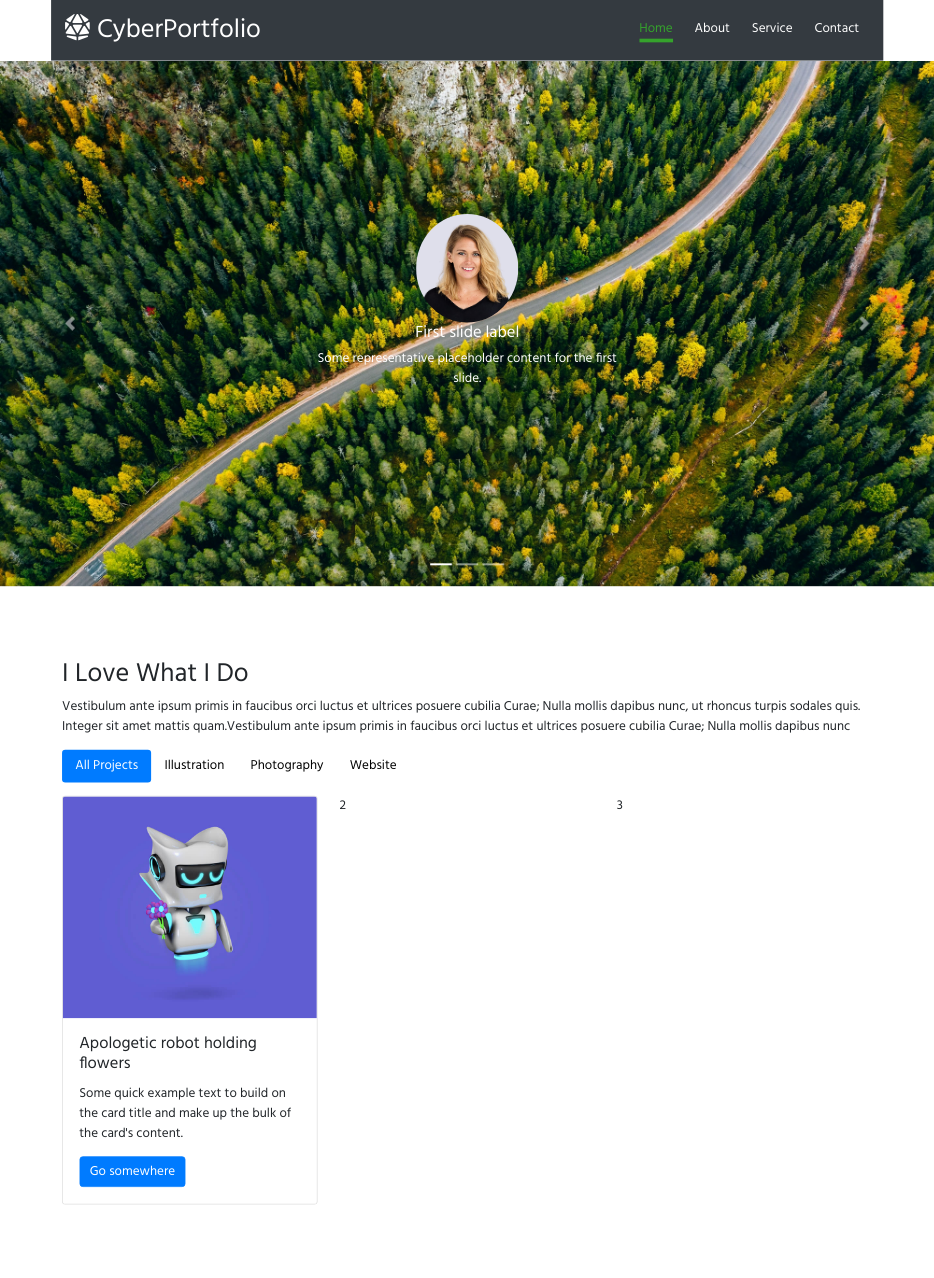
Repository: thanhfrankie/portfolio
Page: index.html
The author's editor kept a copy of each file at every save. The page is drawn from the files as they stood at one save, then again after the next save.
The browser window is 1280 px wide. The pictures show the whole page, at 73% of full size.

Above is the page before, as saved 2023-11-30 09:37:06.

### index.html
<!DOCTYPE html>
<html lang="en">
  <head>
    <meta charset="UTF-8" />
    <meta name="viewport" content="width=device-width, initial-scale=1.0" />
    <title>Portfolio</title>
    <!-- Font Hind-->
    <link rel="preconnect" href="https://fonts.googleapis.com" />
    <link rel="preconnect" href="https://fonts.gstatic.com" crossorigin />
    <link
      href="https://fonts.googleapis.com/css2?family=Hind:wght@300;400;700&display=swap"
      rel="stylesheet"
    />
    <!-- Font AWESOME -->
    <link rel="stylesheet" href="https://cdnjs.cloudflare.com/ajax/libs/font-awesome/6.4.2/css/all.min.css" integrity="sha512-z3gLpd7yknf1YoNbCzqRKc4qyor8gaKU1qmn+CShxbuBusANI9QpRohGBreCFkKxLhei6S9CQXFEbbKuqLg0DA==" crossorigin="anonymous" referrerpolicy="no-referrer" />
    <!-- BS4 CSS -->
    <link rel="stylesheet" href="https://cdn.jsdelivr.net/npm/bootstrap@4.6.2/dist/css/bootstrap.min.css" integrity="sha384-xOolHFLEh07PJGoPkLv1IbcEPTNtaed2xpHsD9ESMhqIYd0nLMwNLD69Npy4HI+N" crossorigin="anonymous">

    <!-- Main CSS -->
    <link rel="stylesheet" href="./css/style.css" />
  </head>
  <body>
<header>
    <nav class="container navbar navbar-expand-lg navbar-dark bg-dark">
        <a class="navbar-brand" href="#">
            <i class="fa-solid fa-dice-d20"></i>
           <span>
            CyberPortfolio
           </span>
        </a>
        <!-- hỗ trợ menu màn hình mobile -->
        <button class="navbar-toggler" type="button" data-toggle="collapse" data-target="#portfolioNav" aria-controls="navbarSupportedContent" aria-expanded="false" aria-label="Toggle navigation">
          <span class="navbar-toggler-icon"></span>
        </button>

        <div class="collapse navbar-collapse" id="portfolioNav">
          <ul class="navbar-nav ml-auto">
            <li class="nav-item active">
              <a class="nav-link" href="#">Home</a>
            </li>
            <li class="nav-item">
              <a class="nav-link" href="#">About</a>
            </li>
            <li class="nav-item">
              <a class="nav-link" href="#">Service</a>
            </li>
            <li class="nav-item">
              <a class="nav-link" href="#">Contact</a>
            </li>
          </ul>
        </div>
      </nav>
</header>
<section class="carouselPort">
    <!-- data-ride="carousel -->
    <!-- .carousel-fade: hiệu ứng fade -->
    <div id="carouselPortMain" class="carousel slide .carousel-fade">
        <ol class="carousel-indicators">
          <li data-target="#carouselPortMain" data-slide-to="0" class="active"></li>
          <li data-target="#carouselPortMain" data-slide-to="1"></li>
          <li data-target="#carouselPortMain" data-slide-to="2"></li>
        </ol>
        <div class="carousel-inner">
          <div class="carousel-item active">
            <img src="./img/finland.jpg" class="d-block w-100" alt="...">
            <div class="carousel-caption d-none d-md-block">
                <img src="./img/01-3.jpg" alt="">
              <h5>First slide label</h5>
              <p>Some representative placeholder content for the first slide.</p>
            </div>
          </div>
          <div class="carousel-item">
            <img src="./img/mountains.jpg" class="d-block w-100" alt="...">
            <div class="carousel-caption d-none d-md-block">
                <img src="./img/02-3.jpg" alt="">
              <h5>Second slide label</h5>
              <p>Some representative placeholder content for the second slide.</p>
            </div>
          </div>
          <div class="carousel-item">
            <img src="./img/mountains-1.jpg" class="d-block w-100" alt="...">
            <div class="carousel-caption d-none d-md-block">
                <img src="./img/03-3.jpg" alt="">
              <h5>Third slide label</h5>
              <p>Some representative placeholder content for the third slide.</p>
            </div>
          </div>
        </div>
        <button class="carousel-control-prev" type="button" data-target="#carouselPortMain" data-slide="prev">
          <span class="carousel-control-prev-icon" aria-hidden="true"></span>
          <span class="sr-only">Previous</span>
        </button>
        <button class="carousel-control-next" type="button" data-target="#carouselPortMain" data-slide="next">
          <span class="carousel-control-next-icon" aria-hidden="true"></span>
          <span class="sr-only">Next</span>
        </button>
      </div>
</section>



<section class="projects">
      <div class="container">
        <div class="projects__title">
          <h2>I Love What I Do</h2>
          <p>Vestibulum ante ipsum primis in faucibus orci luctus et ultrices posuere cubilia Curae; Nulla mollis dapibus nunc, ut rhoncus turpis sodales quis. Integer sit amet mattis quam.Vestibulum ante ipsum primis in faucibus orci luctus et ultrices posuere cubilia Curae; Nulla mollis dapibus nunc</p>
        </div>
        <div class="projects__content">
          <ul class="nav nav-pills mb-3" id="pills-tab" role="tablist">
            <li class="nav-item" role="presentation">
              <button class="nav-link active" id="pills-home-tab" data-toggle="pill" data-target="#all" type="button" role="tab" aria-controls="pills-home" aria-selected="true">All Projects</button>
            </li>
            <li class="nav-item" role="presentation">
              <button class="nav-link" id="pills-profile-tab" data-toggle="pill" data-target="#ilu" type="button" role="tab" aria-controls="pills-profile" aria-selected="false">Illustration</button>
            </li>
            <li class="nav-item" role="presentation">
              <button class="nav-link" id="pills-contact-tab" data-toggle="pill" data-target="#photo" type="button" role="tab" aria-controls="pills-contact" aria-selected="false">Photography</button>
            </li>
            <li class="nav-item" role="presentation">
              <button class="nav-link" id="pills-contact-tab" data-toggle="pill" data-target="#web" type="button" role="tab" aria-controls="pills-contact" aria-selected="false">Website</button>
            </li>
          </ul>
          <div class="tab-content" id="pills-tabContent">
            <div class="tab-pane fade show active" id="all" role="tabpanel" aria-labelledby="pills-home-tab">
             <!-- grid system
              12 =100%
              4= 12 / 3 => 100% / 3 => 33,33%
            -->
             <div class="row">
              <div class="col-4">
                <div class="card">
                  <img src="./img/g1.jpg" class="card-img-top" alt="...">
                  <div class="card-body">
                    <h5 class="card-title">Apologetic robot holding flowers</h5>
                    <p class="card-text">Some quick example text to build on the card title and make up the bulk of the card's content.</p>
                    <a href="#" class="btn btn-primary">Go somewhere</a>
                  </div>
                </div>
              </div>
              <div class="col-4">2</div>
              <div class="col-4">3</div>
             </div>
            </div>
            <div class="tab-pane fade" id="ilu" role="tabpanel" aria-labelledby="pills-profile-tab">Illustration</div>
            <div class="tab-pane fade" id="photo" role="tabpanel" aria-labelledby="pills-contact-tab">Photography</div>
            <div class="tab-pane fade" id="web" role="tabpanel" aria-labelledby="pills-contact-tab">Website</div>
          </div>
          </div>

        </div>
      </div>
</section>
<section class="services"></section>
<section class="awards"></section>
<footer></footer>


<!-- JQUERY hỗ trợ -->
    <script src="https://cdn.jsdelivr.net/npm/jquery@3.5.1/dist/jquery.slim.min.js" integrity="sha384-DfXdz2htPH0lsSSs5nCTpuj/zy4C+OGpamoFVy38MVBnE+IbbVYUew+OrCXaRkfj" crossorigin="anonymous"></script>
    <!-- BS4 JS -->
<script src="https://cdn.jsdelivr.net/npm/bootstrap@4.6.2/dist/js/bootstrap.bundle.min.js" integrity="sha384-Fy6S3B9q64WdZWQUiU+q4/2Lc9npb8tCaSX9FK7E8HnRr0Jz8D6OP9dO5Vg3Q9ct" crossorigin="anonymous"></script>

  </body>
</html>

### css/style.css
/* Global */
*{
    margin: 0;
    padding: 0;
    box-sizing: border-box;
}
html, body {
    font-family: 'Hind', sans-serif;
    /*? rem: dựa vào font-size của thẻ html => hỗ trợ cho bảo trì trang web
    font-size, spacing(padding, margin)
    nếu ko khai báo thì font-size mặc định 1rem = 16px
    1rem = 18px
    */
    font-size: 18px;
}
/* Header */
header .navbar-brand {
    /* 1rem = 18px => 2rem = 36px*/
    font-size: 2rem;
}
#portfolioNav .nav-link {
    font-size: 1rem;
    padding: 0 0.833rem;
    /*! trước hover */
    color: white;
    transition: all .5s;
}
#portfolioNav .nav-link::after {
    content: "";
    display: block;
    /* trước hover */
    width: 0;
    height: 5px;

    background: #35a22c;
    transition: all .5s;
}
/*! sau hover */
#portfolioNav .nav-item:hover .nav-link::after {
    width: 100%;
}
#portfolioNav .nav-item:hover .nav-link {
    color: #35a22c;

}
/* Thẻ li có class active thì after của nó luôn xuất hiện */
/* #portfolioNav  li.active .nav-link::after{
    width: 100%;
} */
#portfolioNav  .active .nav-link::after{
    width: 100%;
}
#portfolioNav  .active .nav-link {
    color: #35a22c;

}
/* Carousel */
/* Gọi các thẻ img là con trực tiếp (cấp 1) của carousel-item */
#carouselPortMain .carousel-item >img {
    /* thường dùng ở Main carousel */
    height: 100vh;
    object-fit: cover;
}
#carouselPortMain .carousel-caption img {
    /* hình có dạng hình vuông thì chỉ cần xét width */
    width: 140px;
    border-radius: 50%;
}
/* chỉnh đường gạch indicators thì chuyển chữ nhật => hình vuông => tròn */

/*! căn giữa với position absolute cho mọi màn hình */
#carouselPortMain .carousel-caption {
    top: 50%;
    left: 50%;
    transform: translate(-50%, -50%);
}
/* PROJECTS */
.projects {
    padding: 100px 0;
}

After the next save:
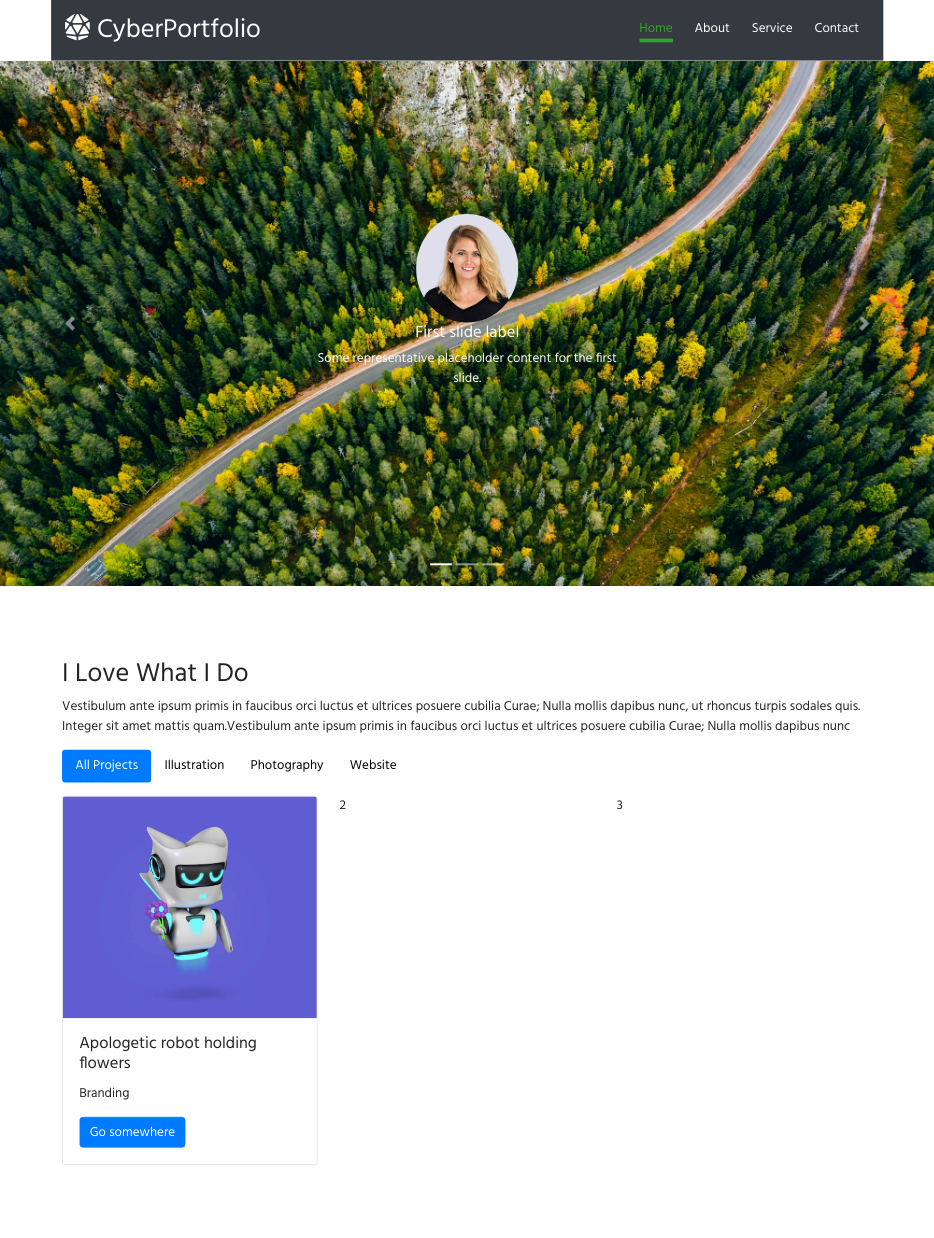
Saved 12 s later.
--- a/index.html
+++ b/index.html
@@ -132,7 +132,7 @@
                   <img src="./img/g1.jpg" class="card-img-top" alt="...">
                   <div class="card-body">
                     <h5 class="card-title">Apologetic robot holding flowers</h5>
-                    <p class="card-text">Some quick example text to build on the card title and make up the bulk of the card's content.</p>
+                    <p class="card-text">Branding</p>
                     <a href="#" class="btn btn-primary">Go somewhere</a>
                   </div>
                 </div>
